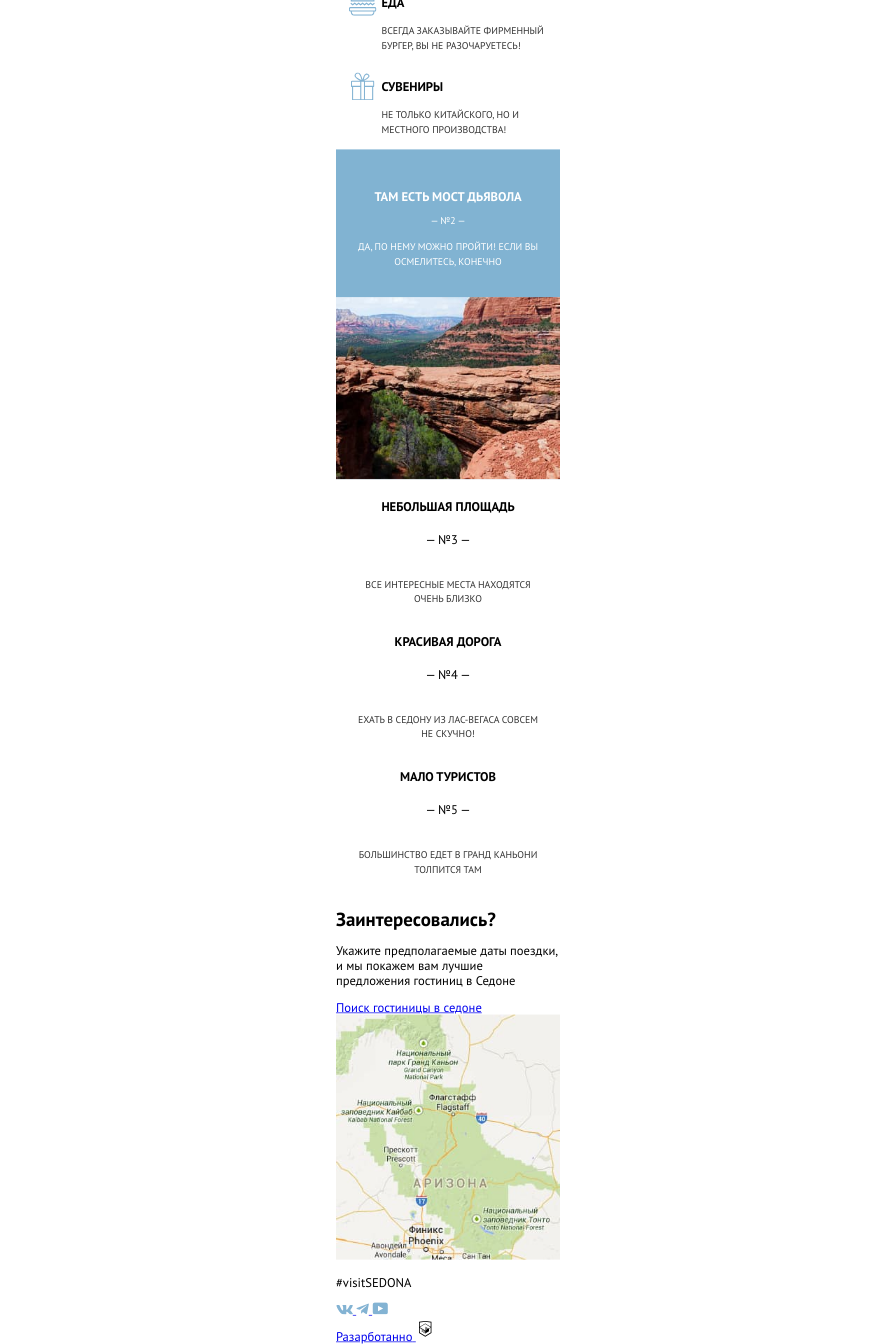
Repository: iKrekus/2149661-sedona-27
Page: source/index.html
An editor plug-in stored every save of this project. The page is shown before and after the next save, followed by the edit.
The browser window is 1280 px wide. The pictures show the part of the page from y = 1279 to 3199 px (the page is 3199 px tall before and 3151 px after), at 70% of full size.
The style sheet was rebuilt from its Sass, Less or Tailwind sources for each picture, by a compiler version that may differ from the author's.

Above is the page before, as saved 2022-12-05 12:37:21.

After the next save:
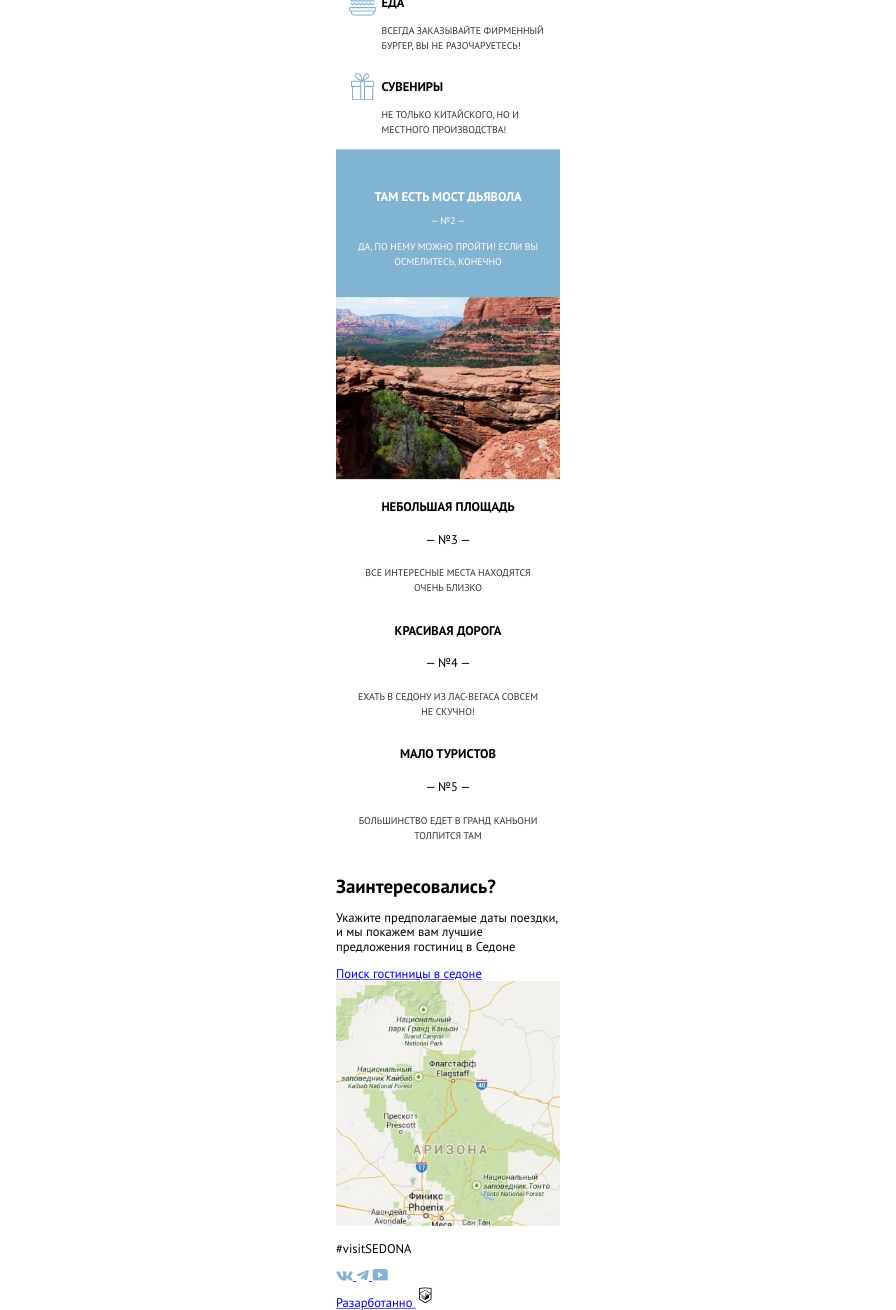
Saved 61 s later.
--- a/source/sass/blocks/body/advantages.scss
+++ b/source/sass/blocks/body/advantages.scss
@@ -71,5 +71,5 @@
 
 .advantages__advantages-divider {
   margin-top: 23px;
-  margin-bottom: 28px;
+  margin-bottom: 12px;
 }
